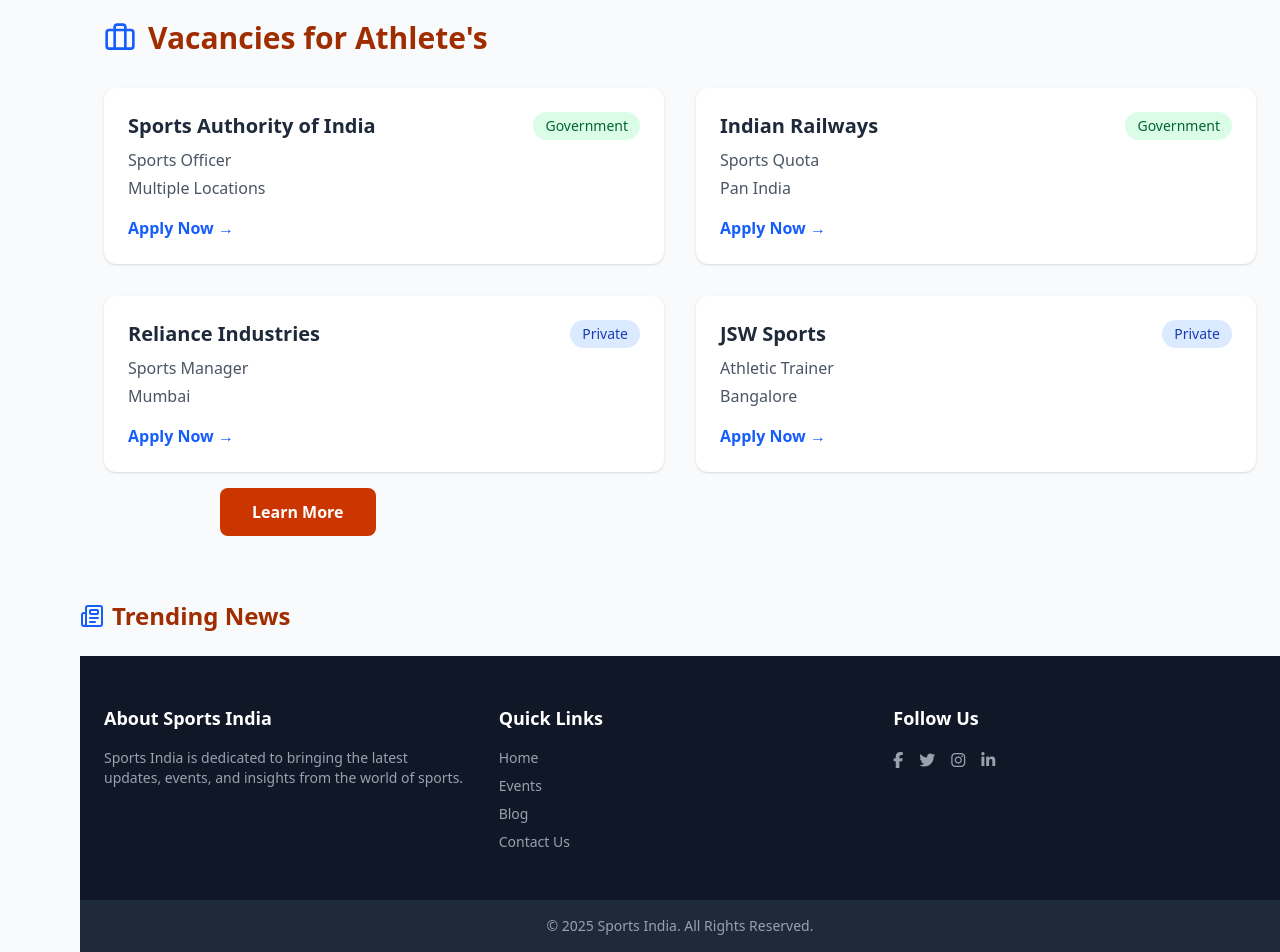
Repository: Shovon0004/Athlete
Page: / (app in Athlete/)
These files come from the project's save history. The page is drawn as it stood at one moment and after the next save; the edit follows.
The browser window is 1280 px wide. The pictures show the part of the page from y = 1012 to 1964 px (the page is 1964 px tall).
The page's requests for data from a server got no answer. The project was rebuilt for these pictures with package versions that can differ from the ones it lists, and the page was loaded fresh each time. No one was signed in, and anything a server would have sent is missing. Also part of the build but not shown: Athlete/vite.config.js.

Above is the page before, as saved 2025-01-26 22:41:59.

### Athlete/src/App.jsx
import { useState } from 'react'
import SideNavbar from './components/SideNavbar'
import HeroPage from './components/HeroPage'

import './App.css'

function App() {


  return (
    <>
      <SideNavbar />
      <HeroPage />
    </>
  )
}

export default App

### Athlete/src/components/SideNavbar.jsx
import React, { useState } from 'react';
import {
  Home,
  User,
  BarChart2,
  Shield,
  DollarSign,
  Menu
} from 'lucide-react';

const SideNavbar = () => {
  const [isExpanded, setIsExpanded] = useState(false);

  const navItems = [
    { icon: Home, label: 'Dashboard', href: '/' },
    { icon: User, label: 'Athletes', href: '/athletes' },
    { icon: BarChart2, label: 'Performance', href: '/performance' },
    { icon: Shield, label: 'Injuries', href: '/injuries' },
    { icon: DollarSign, label: 'Financial', href: '/financial' }
  ];

  return (
    <div
      className={`h-screen bg-gray-900 text-white transition-all duration-300
        ${isExpanded ? 'w-64' : 'w-20'} fixed left-0 top-0 z-50`}
    >
      <div className="flex flex-col h-full">
        {/* Logo & Toggle */}
        <div className="flex items-center justify-between p-4  border-orange-700">
          {isExpanded && (
            <div className="text-xl font-bold">Athlete Hub</div>
          )}
          <button
            onClick={() => setIsExpanded(!isExpanded)}
            className="hover:bg-orange-700 p-2 rounded"
          >
            <Menu />
          </button>
        </div>

        {/* Navigation Items */}
        <nav className="flex-grow mt-4">
          <ul className="space-y-2">
            {navItems.map((item, index) => (
              <li key={index}>
                <a
                  href={item.href}
                  className={`flex items-center p-3 hover:bg-orange-700
                    ${isExpanded ? 'justify-start px-6' : 'justify-center'}`}
                >
                  <item.icon className="mr-4" />
                  {isExpanded && <span>{item.label}</span>}
                </a>
              </li>
            ))}
          </ul>
        </nav>
      </div>
    </div>
  );
};

export default SideNavbar;

### Athlete/src/components/HeroPage.jsx
import React from 'react';
import { ChevronLeft, ChevronRight, Medal, Calendar, Briefcase } from 'lucide-react';
import axios from 'axios';
import '@fortawesome/fontawesome-free/css/all.min.css';


import SportsPage from './SportsPage';

const schemes = [
  {
    title: "Khelo India Youth Games",
    description: "Supporting young athletes with annual scholarships of ₹5 lakhs",
    image: "https://images.unsplash.com/photo-1461896836934-ffe607ba8211?auto=format&fit=crop&q=80&w=2070"
  },
  {
    title: "Target Olympic Podium Scheme (TOPS)",
    description: "Elite athlete support program for Olympic preparation",
    image: "https://www.manoramayearbook.in/content/dam/yearbook/learn/world/images/2020/mar/Olympics-2021.jpg"
  },
  {
    title: "National Sports Development Fund",
    description: "Financial assistance for sports infrastructure and training",
    image: "https://images.unsplash.com/photo-1517649763962-0c623066013b?auto=format&fit=crop&q=80&w=2070"
  }
];

const upcomingMatches = [
  {
    event: "ICC T20 World Cup 2024",
    location: "West Indies & USA",
    date: "June 1-29, 2024",
    teams: "India vs Australia"
  },
  {
    event: "Asian Games 2024",
    location: "Aichi-Nagoya, Japan",
    date: "September 2024",
    teams: "Multiple Sports"
  },
  {
    event: "Paris Olympics 2024",
    location: "Paris, France",
    date: "July 26 - August 11, 2024",
    teams: "Global Event"
  }
];

const jobOpportunities = [
  {
    company: "Sports Authority of India",
    position: "Sports Officer",
    type: "Government",
    location: "Multiple Locations"
  },
  {
    company: "Indian Railways",
    position: "Sports Quota",
    type: "Government",
    location: "Pan India"
  },
  {
    company: "Reliance Industries",
    position: "Sports Manager",
    type: "Private",
    location: "Mumbai"
  },
  {
    company: "JSW Sports",
    position: "Athletic Trainer",
    type: "Private",
    location: "Bangalore"
  }
];

function HeroPage() {
  const [currentScheme, setCurrentScheme] = React.useState(0);

  const nextScheme = () => {
    setCurrentScheme((prev) => (prev + 1) % schemes.length);
  };

  const prevScheme = () => {
    setCurrentScheme((prev) => (prev - 1 + schemes.length) % schemes.length);
  };


  return (
    <div className="min-h-screen bg-gray-50 pl-20 dark:bg-gray-900">
      {/* Hero Section with Schemes Slider */}
      <div className="relative h-[600px] overflow-hidden ">
        <div
          className="absolute inset-0 transition-transform duration-500 ease-in-out"
          style={{
            backgroundImage: `url(${schemes[currentScheme].image})`,
            backgroundSize: 'cover',
            backgroundPosition: 'center',
          }}
        >
          <div className="absolute inset-0  bg-opacity-50">
            <div className="container mx-auto px-6 h-full flex items-center">
              <div className="text-white max-w-3xl">
                <h1 className="text-5xl font-bold mb-4 ml-35">{schemes[currentScheme].title}</h1>
                <p className="text-xl mb-8 ml-35">{schemes[currentScheme].description}</p>
                <button className="bg-orange-700 hover:bg-orange-800 ml-35 text-white px-8 py-3 rounded-lg font-semibold">
                  Learn More
                </button>
              </div>
            </div>
          </div>
        </div>
        <button
          onClick={prevScheme}
          className="absolute left-4 top-1/2 -translate-y-1/2 bg-white/30 p-2 rounded-full hover:bg-white/50 transition-colors"
        >
          <ChevronLeft className="w-6 h-6 text-white" />
        </button>
        <button
          onClick={nextScheme}
          className="absolute right-4 top-1/2 -translate-y-1/2 bg-white/30 p-2 rounded-full hover:bg-white/50 transition-colors"
        >
          <ChevronRight className="w-6 h-6 text-white" />
        </button>
      </div>

      {/* Upcoming Matches Section */}
      <section className="py-16 ">
        <div className="container mx-auto px-6">
          <div className="flex items-center mb-8">
            <Calendar className="w-8 h-8 text-blue-600 mr-3" />
            <h2 className="text-3xl font-bold text-orange-800">Upcoming Matches</h2>
          </div>
          <div className="grid md:grid-cols-3 gap-8">
            {upcomingMatches.map((match, index) => (
              <div key={index} className="bg-gray-50 rounded-xl p-6 shadow-sm hover:shadow-md transition-shadow">
                <h3 className="text-xl font-semibold text-gray-800 mb-2">{match.event}</h3>
                <p className="text-gray-600 mb-1">{match.location}</p>
                <p className="text-gray-600 mb-3">{match.date}</p>
                <p className="text-blue-600 font-semibold">{match.teams}</p>
              </div>
            ))}
          </div>
        </div>
      </section>

      {/* Career Opportunities Section */}
      <div>
      <section className="py-16 bg-gray-50 dark:bg-gray-900">
        <div className="container mx-auto px-6 ">
          <div className="flex items-center mb-8 ">
            <Briefcase className="w-8 h-8 text-blue-600 mr-3" />
            <h2 className="text-3xl font-bold text-orange-800">Vacancies for Athlete's</h2>
          </div>
          <div className="grid md:grid-cols-2 gap-8 ">
            {jobOpportunities.map((job, index) => (
              <div key={index} className="bg-white rounded-xl p-6 shadow-sm hover:shadow-md transition-shadow">
                <div className="flex justify-between items-start">
                  <div>
                    <h3 className="text-xl font-semibold text-gray-800 mb-2">{job.company}</h3>
                    <p className="text-gray-600 mb-1">{job.position}</p>
                    <p className="text-gray-600">{job.location}</p>
                  </div>
                  <span className={`px-3 py-1 rounded-full text-sm font-medium ${
                    job.type === 'Government' ? 'bg-green-100 text-green-800' : 'bg-blue-100 text-blue-800'
                  }`}>
                    {job.type}
                  </span>
                </div>
                <button className="mt-4 text-blue-600 font-semibold hover:text-blue-700">
                  Apply Now →
                </button>
              </div>
            ))}
          </div>

        </div>
        <button className="bg-orange-700 mt-4 hover:bg-orange-800 ml-35 text-white px-8 py-3 rounded-lg font-semibold">
                  Learn More
                </button>
        </section>
        </div>

      <SportsPage />
      <footer className="bg-gray-900 text-white">
  {/* Footer Content */}
  <div className="max-w-7xl mx-auto px-6 py-12 grid grid-cols-1 md:grid-cols-3 gap-8">
    {/* About Section */}
    <div>
      <h3 className="text-lg font-semibold mb-4">About Sports India</h3>
      <p className="text-sm text-gray-400">
        Sports India is dedicated to bringing the latest updates, events, and insights from the world of sports.
      </p>
    </div>

    {/* Quick Links */}
    <div>
      <h3 className="text-lg font-semibold mb-4">Quick Links</h3>
      <ul className="text-sm text-gray-400 space-y-2">
        <li>
          <a href="#" className="hover:text-white transition-colors">
            Home
          </a>
        </li>
        <li>
          <a href="#" className="hover:text-white transition-colors">
            Events
          </a>
        </li>
        <li>
          <a href="#" className="hover:text-white transition-colors">
            Blog
          </a>
        </li>
        <li>
          <a href="#" className="hover:text-white transition-colors">
            Contact Us
          </a>
        </li>
      </ul>
    </div>

    {/* Follow Us */}
    <div>
      <h3 className="text-lg font-semibold mb-4">Follow Us</h3>
      <div className="flex space-x-4">
        <a href="#" className="text-gray-400 hover:text-white transition-colors">
          <i className="fab fa-facebook-f"></i>
        </a>
        <a href="#" className="text-gray-400 hover:text-white transition-colors">
          <i className="fab fa-twitter"></i>
        </a>
        <a href="#" className="text-gray-400 hover:text-white transition-colors">
          <i className="fab fa-instagram"></i>
        </a>
        <a href="#" className="text-gray-400 hover:text-white transition-colors">
          <i className="fab fa-linkedin-in"></i>
        </a>
      </div>
    </div>
  </div>

  {/* Footer Bottom */}
  <div className="bg-gray-800 text-center py-4">
    <p className="text-sm text-gray-400">© 2025 Sports India. All Rights Reserved.</p>
  </div>
</footer>

    </div>
  );
}

export default HeroPage;

### Athlete/src/components/SportsPage.jsx
import React, { useState, useEffect } from 'react';
import News from './News';
import { Newspaper} from 'lucide-react';

const SportsPage = () => {
  const [headlines, setHeadlines] = useState([]);

  useEffect(() => {
    fetch('https://newsapi.org/v2/top-headlines?country=us&category=sports&apiKey=968ed8d338864e7cb30985681a6b4893')
      .then(response => response.json())
      .then(data => setHeadlines(data.articles));
  }, []);

  return (
    <div>
      <div className="flex items-center mb-6">
        <Newspaper className="w-6 h-6 text-blue-600 mr-2" />
        <h2 className="text-2xl font-bold text-orange-800">Trending News</h2>
      </div>
      <News headlines={headlines} />
    </div>
  );
};

export default SportsPage;

### Athlete/src/components/News.jsx
import React from 'react';

const NewsContainer = ({ headlines }) => (
  <div className="container mx-auto grid grid-cols-1 sm:grid-cols-2 md:grid-cols-3 gap-6">
    {headlines.slice(0, 6).map(({ title, author, url, description, urlToImage }, i) => (
      <NewsArticle key={i} title={title} author={author} url={url} description={description} urlToImage={urlToImage} />
    ))}
  </div>
);

const NewsArticle = ({ title, author, url, description, urlToImage }) => (
  <div className="bg-white shadow-lg rounded-lg p-4">
    <a href={url} target="_blank" rel="noopener noreferrer" className="hover:text-blue-500 transition-colors">
      {urlToImage && (
        <img src={urlToImage} alt={title} className="mb-4 w-full rounded-t-lg" />
      )}
      <h3 className="text-lg font-medium mb-2">{title}</h3>
    </a>
    <p className="text-gray-500 mb-2">{author}</p>
    <p className="text-gray-700 line-clamp-3">{description}</p>
  </div>
);

export default NewsContainer;

Loaded but not shown: Athlete/index.html (common file); Athlete/src/main.jsx (common file); Athlete/src/index.css (common file); Athlete/src/App.css (common file)

After the next save:
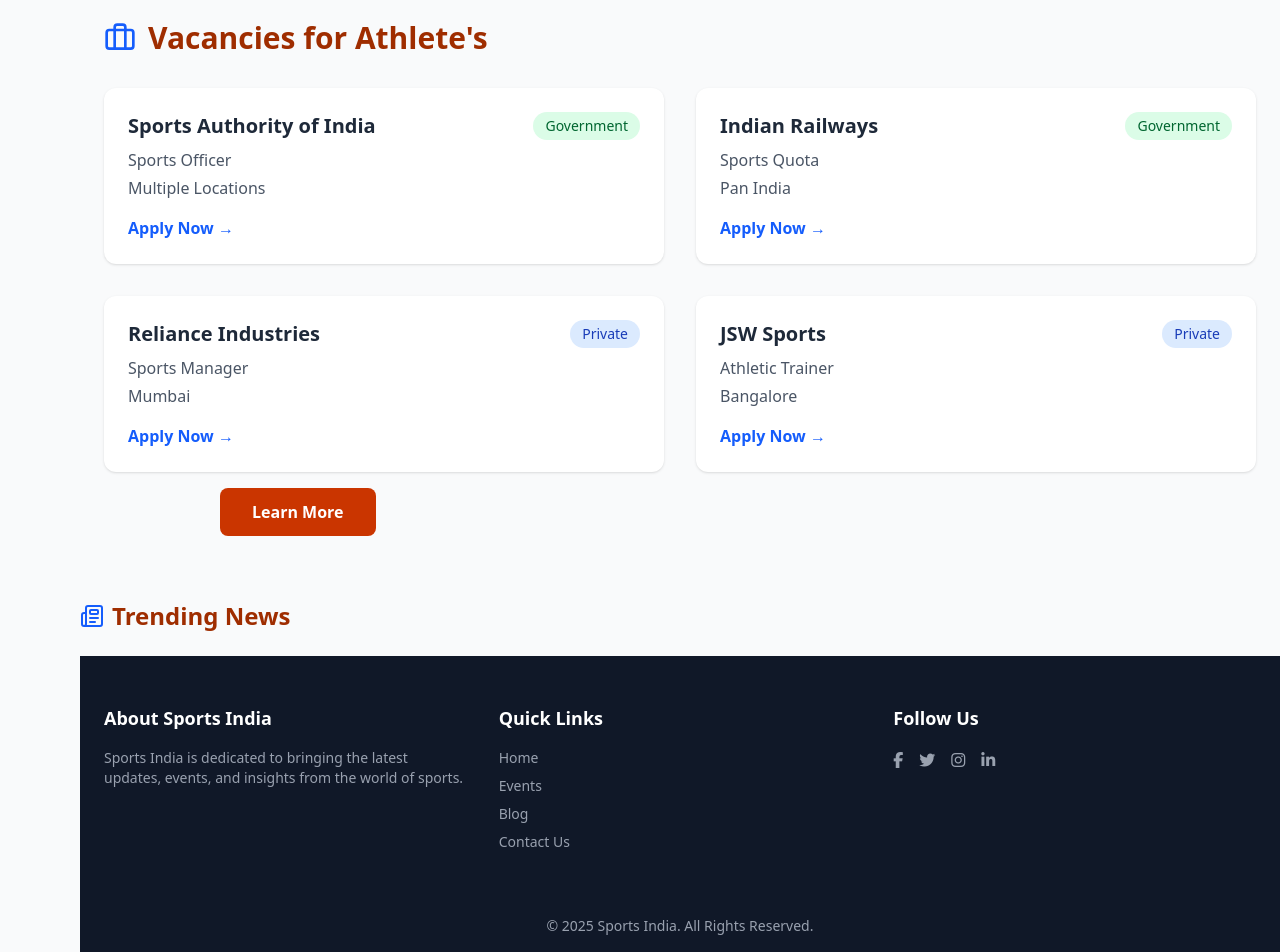
Saved 30 s later.
--- a/Athlete/src/components/HeroPage.jsx
+++ b/Athlete/src/components/HeroPage.jsx
@@ -239,7 +239,7 @@
   </div>
 
   {/* Footer Bottom */}
-  <div className="bg-gray-800 text-center py-4">
+  <div className="bg-gray-900 text-center py-4">
     <p className="text-sm text-gray-400">© 2025 Sports India. All Rights Reserved.</p>
   </div>
 </footer>
